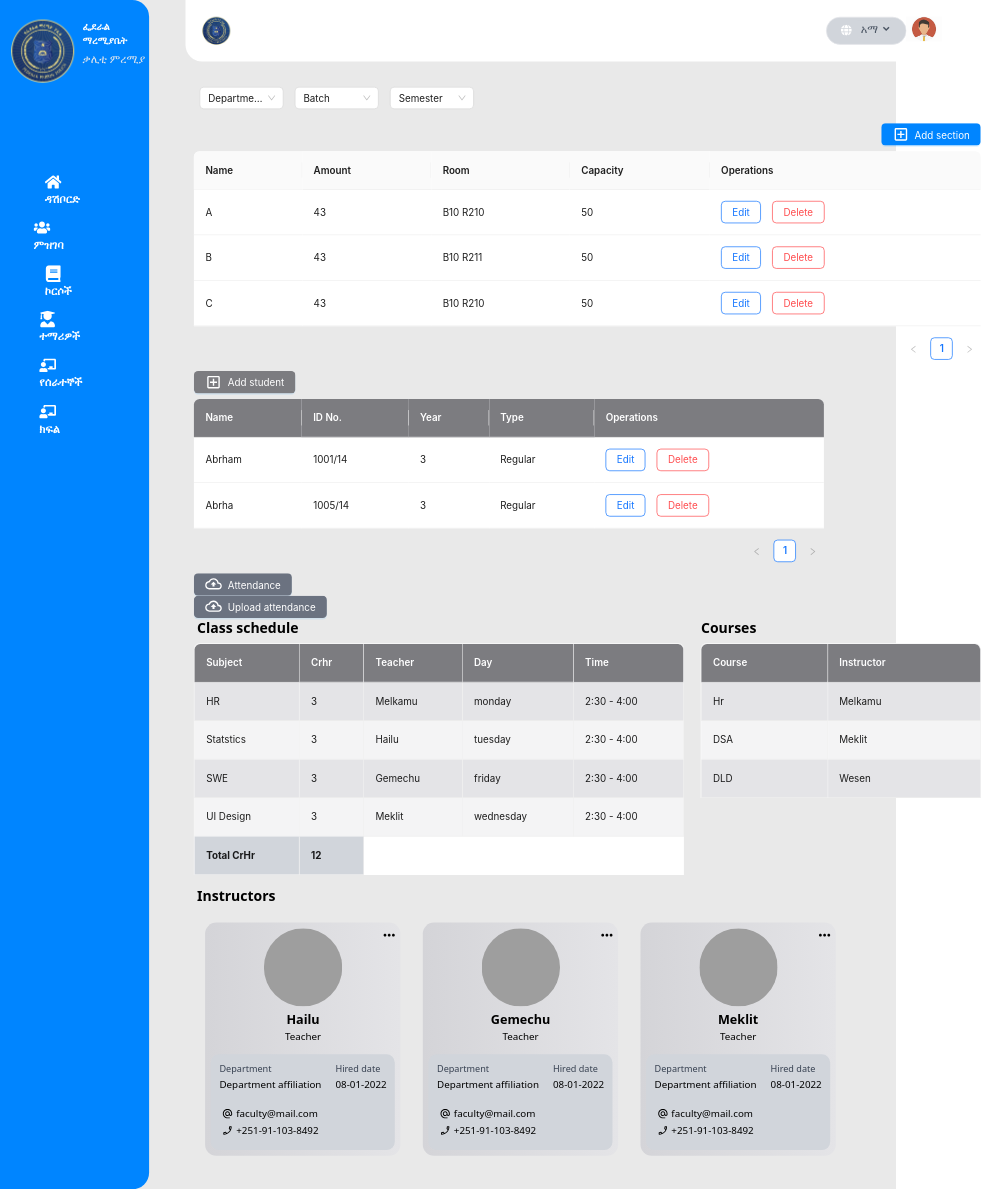
Repository: Yigoya/federal-prison-education-ms-frontend
Page: /classroom, after clicking the first element matching `td.ant-table-cell > a`
An editor plug-in stored every save of this project. The page is shown before and after the next save, followed by the edit.
The browser window is 1280 px wide. The page is 1433 px wide, so the pictures cover 1433 px, including what lies to the right of the window. The pictures show the whole page, at 70% of full size.
Pictures or frames that could not be fetched are drawn as grey boxes. The project was rebuilt for these pictures with package versions that can differ from the ones it lists, and the page was loaded fresh each time. Also part of the build but not shown: vite.config.js, src/pages/DashBoard.jsx, src/pages/Courses.jsx, src/layout/AuthLayout.jsx, src/pages/Login.jsx, src/pages/Teachers.jsx, src/pages/StudentRegistration.jsx, src/components/classroom/ComboBox.jsx and 1 more. Imported but missing from the stored project, and not drawn on this page: src/pages/Students.

Above is the page before, as saved 2024-07-05 16:51:39.

After the next save:
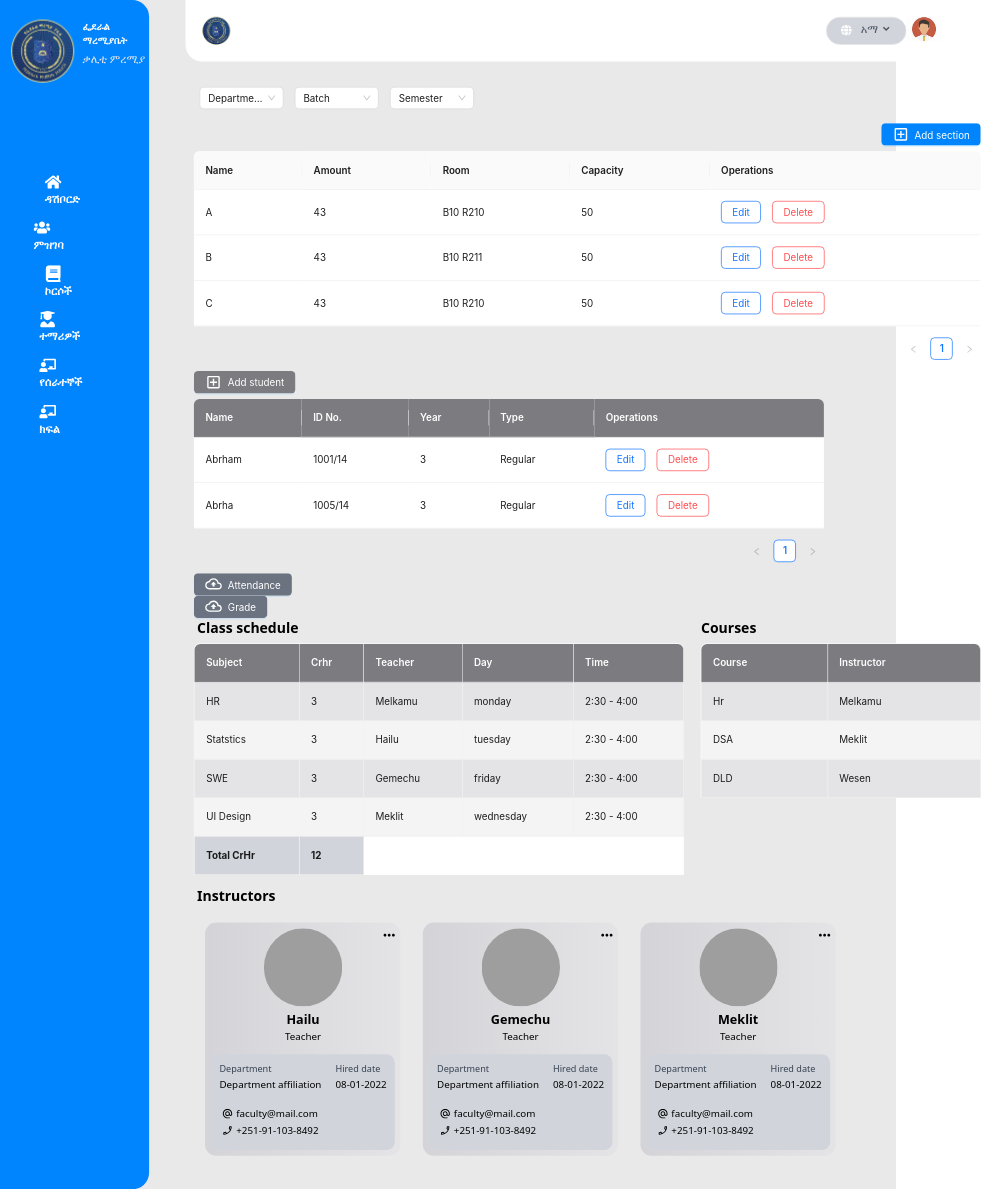
Saved 4 s later.
--- a/src/components/classroom/SectionsTable.jsx
+++ b/src/components/classroom/SectionsTable.jsx
@@ -59,7 +59,7 @@
         <div>
           <StudentsTable section={activeSection} />
           <UploadCenter text={"Attendance"} color={"bg-gray-500"} />
-          <UploadCenter text={"Upload attendance"} color={"bg-gray-500"} />
+          <UploadCenter text={"Grade"} color={"bg-gray-500"} />
           <div className="flex gap-3">
             <ClassSchedule /> <br />
             <CoursesList />
